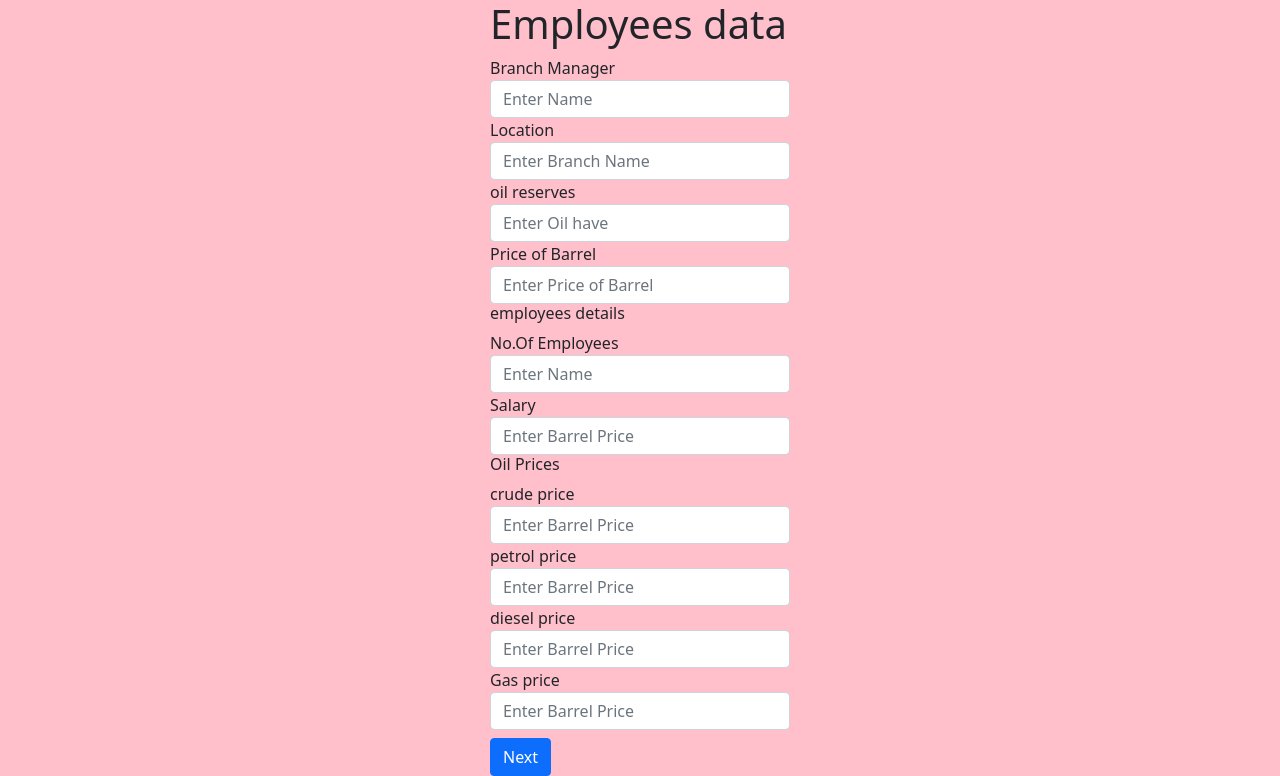
Repository: veerrajuMareddi/demo
Page: http://localhost/OilCorporation/views/save.jsp
These files come from the project's save history. The page is drawn as it stood at one moment and after the next save; the edit follows.
The browser window is 1280 px wide. The pictures show the whole page.
The page is served by Tomcat 9. Other server files are loaded and not shown.

Above is the page before, as saved 2022-05-01 04:35:22.

### OilCorporation/src/main/webapp/views/save.jsp

<%@ page language="java" contentType="text/html; charset=ISO-8859-1"
	pageEncoding="ISO-8859-1"%>
<%@ taglib uri="http://www.springframework.org/tags/form" prefix="form"%>
<%@taglib prefix="c" uri="http://java.sun.com/jsp/jstl/core"%>

<!DOCTYPE html>
<html>
<head>
<link
	href="https://cdn.jsdelivr.net/npm/bootstrap@5.1.3/dist/css/bootstrap.min.css"
	rel="stylesheet"
	integrity="sha384-1BmE4kWBq78iYhFldvKuhfTAU6auU8tT94WrHftjDbrCEXSU1oBoqyl2QvZ6jIW3"
	crossorigin="anonymous">
<script
	src="https://cdn.jsdelivr.net/npm/bootstrap@5.1.3/dist/js/bootstrap.bundle.min.js"
	integrity="sha384-ka7Sk0Gln4gmtz2MlQnikT1wXgYsOg+OMhuP+IlRH9sENBO0LRn5q+8nbTov4+1p"
	crossorigin="anonymous"></script>
<meta charset="ISO-8859-1">
<title>oilLmtd</title>
</head>

	<body style="background-color: pink;">
<style>
	form {
		width: 300px;
		margin: 0 auto;
	}
</style>
   <form action ="${pageContext.request.contextPath}/src/saveModel" method="post">
   <h1>Employees data</h1>
   <div class="form-group">
    <label for="branchManager">Branch Manager</label>
    <input type="text" class="form-control" name ="branchManager" id="branchManager" aria-describedby="emailHelp" placeholder="Enter Name">
   </div>
   <div class="form-group">
    <label for="branchManager">Location</label>
    <input type="text" class="form-control" name ="location" id="branchManager" aria-describedby="emailHelp" placeholder="Enter Branch Name">
   </div>
   <div class="form-group">
    <label for="branchManager">oil reserves</label>
    <input type="text" class="form-control" name ="oilReserves" id="branchManager" aria-describedby="emailHelp" placeholder="Enter Oil have">
   </div>
    <div class="form-group">
    <label for="branchManager">Price of Barrel</label>
    <input type="number" class="form-control" name ="barrelPrice" id="branchManager" aria-describedby="emailHelp" placeholder="Enter Price of Barrel">
   </div>
   <h6>employees details</h6>
<div class="form-group">
    <label for="branchManager">No.Of Employees</label>
    <input type="number" class="form-control" name ="emp.toatalEmployees" id="branchManager" aria-describedby="emailHelp" placeholder="Enter Name">
   </div>
  <div class="form-group">
    <label for="exampleInputPassword1">Salary</label>
    <input type="number" class="form-control" name="emp.salary" id="oilReserves" placeholder="Enter Barrel Price">
  </div>
  <h6>Oil Prices</h6>
    <div class="form-group">
    <label for="exampleInputPassword1"> crude price</label>
    <input type="number" class="form-control" name="prices.crudePrice" id="oilReserves" placeholder="Enter Barrel Price">
  </div>
  <div class="form-group">
    <label for="exampleInputPassword1"> petrol price</label>
    <input type="number" class="form-control" name="prices.petrolPrice" id="oilReserves" placeholder="Enter Barrel Price">
  </div>
  <div class="form-group">
    <label for="exampleInputPassword1">diesel price</label>
    <input type="number" class="form-control" name="prices.dieselPrice" id="oilReserves" placeholder="Enter Barrel Price">
  </div>
  <div class="form-group">
    <label for="exampleInputPassword1">Gas price</label>
    <input type="number" class="form-control" name="prices.gasPrice" id="oilReserves" placeholder="Enter Barrel Price">
  </div>
  <!-- <div class="form-group">
    <label for="exampleInputPassword1">Salary</label>
    <input type="number" class="form-control" name="emp.salary" id="oilReserves" placeholder="Enter Barrel Price">
  </div> -->
  <div class="form-group mt-2">
  <button type="submit" class="btn btn-primary">Next</button>
  </div>
</form>
</body>
</html>

After the next save:
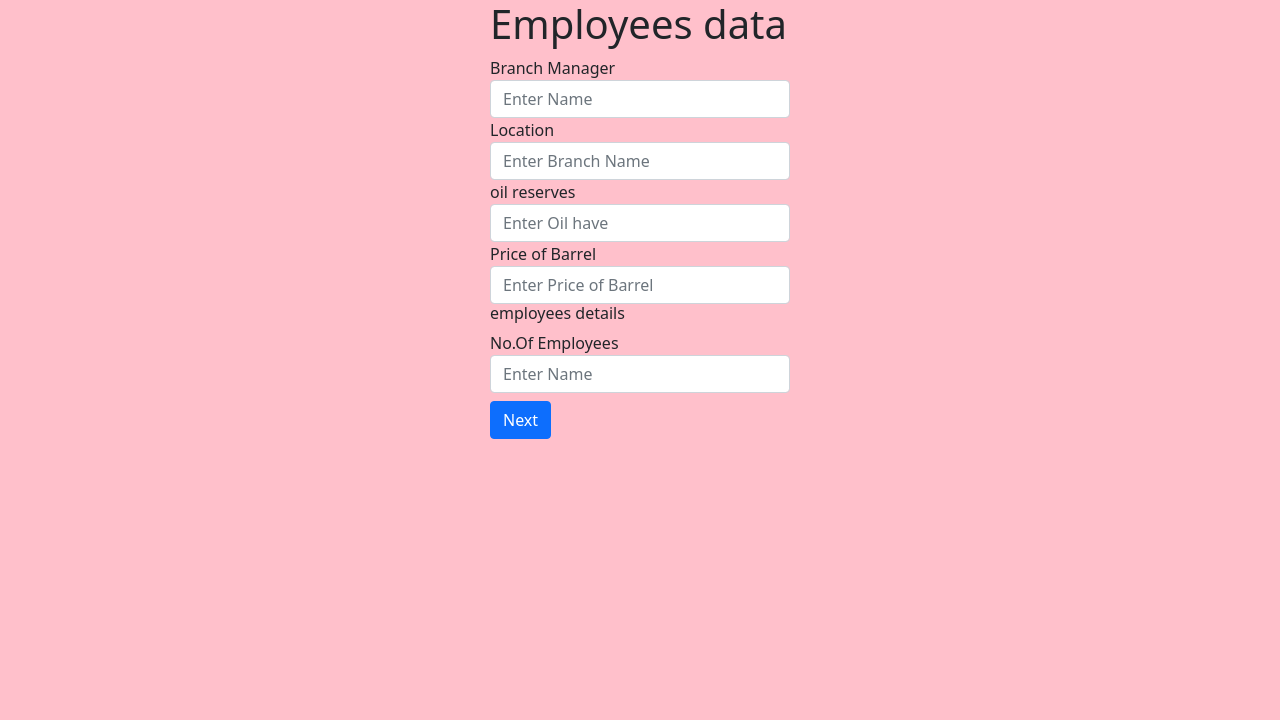
Saved 25 s later.
--- a/OilCorporation/src/main/webapp/views/save.jsp
+++ b/OilCorporation/src/main/webapp/views/save.jsp
@@ -50,7 +50,7 @@
     <label for="branchManager">No.Of Employees</label>
     <input type="number" class="form-control" name ="emp.toatalEmployees" id="branchManager" aria-describedby="emailHelp" placeholder="Enter Name">
    </div>
-  <div class="form-group">
+  <!-- <div class="form-group">
     <label for="exampleInputPassword1">Salary</label>
     <input type="number" class="form-control" name="emp.salary" id="oilReserves" placeholder="Enter Barrel Price">
   </div>
@@ -71,7 +71,7 @@
     <label for="exampleInputPassword1">Gas price</label>
     <input type="number" class="form-control" name="prices.gasPrice" id="oilReserves" placeholder="Enter Barrel Price">
   </div>
-  <!-- <div class="form-group">
+ -->  <!-- <div class="form-group">
     <label for="exampleInputPassword1">Salary</label>
     <input type="number" class="form-control" name="emp.salary" id="oilReserves" placeholder="Enter Barrel Price">
   </div> -->
